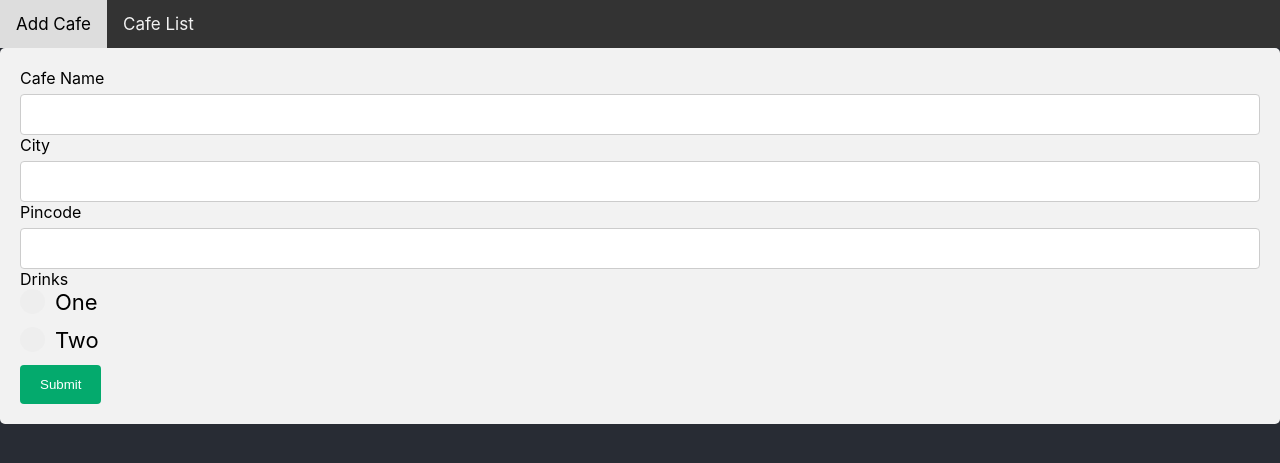
Repository: Surojd/project-cafe
Page: /add-cafe
These files come from the project's save history. The page is drawn as it stood at one moment and after the next save; the edit follows.
The browser window is 1280 px wide. The pictures show the whole page.
The page's requests for data from a server got no answer. The project was rebuilt for these pictures with package versions that can differ from the ones it lists, and the page was loaded fresh each time. No one was signed in, and anything a server would have sent is missing. Also part of the build but not shown: src/cafe/CafeList.js.

Above is the page before, as saved 2021-09-01 13:54:32.

### src/index.js
import React from 'react';
import ReactDOM from 'react-dom';
import './index.css';
import App from './App';
import reportWebVitals from './reportWebVitals';

import { BrowserRouter as Router } from 'react-router-dom';
ReactDOM.render(
  <React.StrictMode>
    <Router>
      <App />
    </Router>
  </React.StrictMode>,
  document.getElementById('root')
);

// If you want to start measuring performance in your app, pass a function
// to log results (for example: reportWebVitals(console.log))
// or send to an analytics endpoint. Learn more: https://bit.ly/CRA-vitals
reportWebVitals();

### src/index.css
body {
  background-color: #282c34;
  margin: 0;
  font-family: -apple-system, BlinkMacSystemFont, 'Segoe UI', 'Roboto', 'Oxygen',
    'Ubuntu', 'Cantarell', 'Fira Sans', 'Droid Sans', 'Helvetica Neue',
    sans-serif;
  -webkit-font-smoothing: antialiased;
  -moz-osx-font-smoothing: grayscale;
}

code {
  font-family: source-code-pro, Menlo, Monaco, Consolas, 'Courier New',
    monospace;
}

a{
  text-decoration: none;
}

### src/App.js
import { Link, Redirect, Route, Switch } from 'react-router-dom';
import './App.css';
import { AddCafe, CafeList } from './cafe';

const routes = [
  { path: '/add-cafe', component: AddCafe },
  { path: '/cafes', component: CafeList },
];
function App() {
  return (
    <div className="App">
      <header className="topnav">
        <Link to="/add-cafe">Add Cafe</Link>
        <Link to="/cafes">Cafe List</Link>
      </header>
      <div class="container">
        <Switch>
          <div>
            {
              routes.map(item => {
                return <Route  {...item} />
              })
            }
          </div>
        </Switch>
      </div>
    </div>
  );
}

export default App;

### src/App.css
/* Add a black background color to the top navigation */
.topnav {
  background-color: #333;
  overflow: hidden;
}

/* Style the links inside the navigation bar */
.topnav a {
  float: left;
  display: block;
  color: #f2f2f2;
  text-align: center;
  padding: 14px 16px;
  text-decoration: none;
  font-size: 17px;
}

/* Change the color of links on hover */
.topnav a:hover {
  background-color: #ddd;
  color: black;
}

/* Add an active class to highlight the current page */
.topnav a.active {
  background-color: #04AA6D;
  color: white;
}

/* Hide the link that should open and close the topnav on small screens */
.topnav .icon {
  display: none;
}

* {box-sizing: border-box;}

input[type=text],input[type=number], select, textarea {
  width: 100%;
  padding: 12px;
  border: 1px solid #ccc;
  border-radius: 4px;
  box-sizing: border-box;
  margin-top: 6px;
  resize: vertical;
}

input[type=submit] {
  background-color: #04AA6D;
  color: white;
  padding: 12px 20px;
  border: none;
  border-radius: 4px;
  cursor: pointer;
}

button[type=submit]:hover {
  background-color: #45a049;
}

.container {
  border-radius: 5px;
  background-color: #f2f2f2;
  padding: 20px;
}

/* Chrome, Safari, Edge, Opera */
input::-webkit-outer-spin-button,
input::-webkit-inner-spin-button {
  -webkit-appearance: none;
  margin: 0;
}

/* Firefox */
input[type=number] {
  -moz-appearance: textfield;
}


.radio-label{
  display: block;
  position: relative;
  padding-left: 35px;
  margin-bottom: 12px;
  cursor: pointer;
  font-size: 22px;
  -webkit-user-select: none;
  -moz-user-select: none;
  -ms-user-select: none;
  user-select: none;
}



/* Hide the browser's default radio button */
.radio-label input[type=radio] {
  position: absolute;
  opacity: 0;
  cursor: pointer;
}

/* Create a custom radio button */
.checkmark {
  position: absolute;
  top: 0;
  left: 0;
  height: 25px;
  width: 25px;
  background-color: #eee;
  border-radius: 50%;
}

/* On mouse-over, add a grey background color */
.radio-label:hover input[type=radio] ~ .checkmark {
  background-color: #ccc;
}

/* When the radio button is checked, add a blue background */
.radio-label input[type=radio]:checked ~ .checkmark {
  background-color: #2196F3;
}

/* Create the indicator (the dot/circle - hidden when not checked) */
.checkmark:after {
  content: "";
  position: absolute;
  display: none;
}

/* Show the indicator (dot/circle) when checked */
.radio-label input[type=radio]:checked ~ .checkmark:after {
  display: block;
}

/* Style the indicator (dot/circle) */
.radio-label .checkmark:after {
 	top: 9px;
	left: 9px;
	width: 8px;
	height: 8px;
	border-radius: 50%;
	background: white;
}

.error{
    color: red;
    padding: 0px;
    margin: 0px;
}

### src/cafe/index.js

export { default as AddCafe } from './AddCafe';
export { default as CafeList } from './CafeList';

### src/cafe/AddCafe.js
import React from 'react';
import { collection, addDoc } from "firebase/firestore";
import firestore from './firebase';

import { useFormik } from 'formik';
import * as Yup from 'yup';

export default function AddCafe() {

  const formik = useFormik({
    initialValues: {
      name: '',
      city: '',
      pincode: '',
      drinks: ''
    },
    validationSchema: Yup.object({
      name: Yup.string()
        .max(15, 'Must be 15 characters or less')
        .required('Required'),
      city: Yup.string()
        .max(20, 'Must be 20 characters or less')
        .required('Required'),
      pincode: Yup.number().required('Required'),
      drinks: Yup.string().required('Required'),
    }),
    onSubmit: async (data, { resetForm }) => {
      try {
        const docRef = await addDoc(collection(firestore, "cafes"), data);
        alert("Document written with ID: " + docRef.id);
        resetForm()
      } catch (e) {
        alert("Error adding document: " + e);
      }
    },
  });

  return (
    <form onSubmit={formik.handleSubmit}>
      <label htmlFor="name">Cafe Name</label>
      <input
        id="name"
        type='text'
        {...formik.getFieldProps('name')}
      />
      {formik.touched.name && formik.errors.name ? (
        <div className="error">{formik.errors.name}</div>
      ) : null}

      <label htmlFor="city">City</label>
      <input
        id="city"
        type='text'
        {...formik.getFieldProps('city')}
      />
      {formik.touched.city && formik.errors.city ? (
        <div className="error">{formik.errors.city}</div>
      ) : null}

      <label htmlFor="pincode">Pincode</label>
      <input
        id="pincode"
        type='number'
        {...formik.getFieldProps('pincode')}
      />
      {formik.touched.pincode && formik.errors.pincode ? (
        <div className="error">{formik.errors.pincode}</div>
      ) : null}
      <label>Drinks</label>
      <label class="radio-label">One
        <input
          type='radio'
          {...formik.getFieldProps('drinks')}
          value="5 Drinks"
        />
        <span class="checkmark"></span>
      </label>
      <label class="radio-label">Two<input
        type='radio'
        {...formik.getFieldProps('drinks')}
        value="5+ Drinks"
      />
        <span class="checkmark"></span>
      </label>
      {formik.touched.drinks && formik.errors.drinks ? (
        <div className="error">{formik.errors.drinks}</div>
      ) : null}
      <input type="submit" value="Submit" />
    </form>);
}

### src/cafe/firebase.js
import { initializeApp } from 'firebase/app'
import { enableIndexedDbPersistence, initializeFirestore, CACHE_SIZE_UNLIMITED } from 'firebase/firestore'
import { getAnalytics } from "firebase/analytics";


const firebaseApp = initializeApp({
  apiKey: "AIzaSyBF1CMLc0WfG_majkcPFVm9eU-DCqGW9BM",
  authDomain: "project-cafe-d8aca.firebaseapp.com",
  projectId: "project-cafe-d8aca",
  storageBucket: "project-cafe-d8aca.appspot.com",
  messagingSenderId: "531282317018",
  appId: "1:531282317018:web:25d8fc0f088be0c68d5fe3",
  measurementId: "G-GNS7C6HN2Y"
});
const firestore = initializeFirestore(firebaseApp, {
  cacheSizeBytes: CACHE_SIZE_UNLIMITED
});

enableIndexedDbPersistence(firestore)
  .catch((err) => {
    if (err.code === 'failed-precondition') {
      console.log('Multiple tabs open, persistence can only be enabled in one tab at a a time.');
    } else if (err.code === 'unimplemented') {
      console.log('The current browser does not support all of the features required to enable persistence.');
    }
  });
export default firestore;
const analytics = getAnalytics(firebaseApp);

Loaded but not shown: public/index.html (common file); src/reportWebVitals.js (common file)

After the next save:
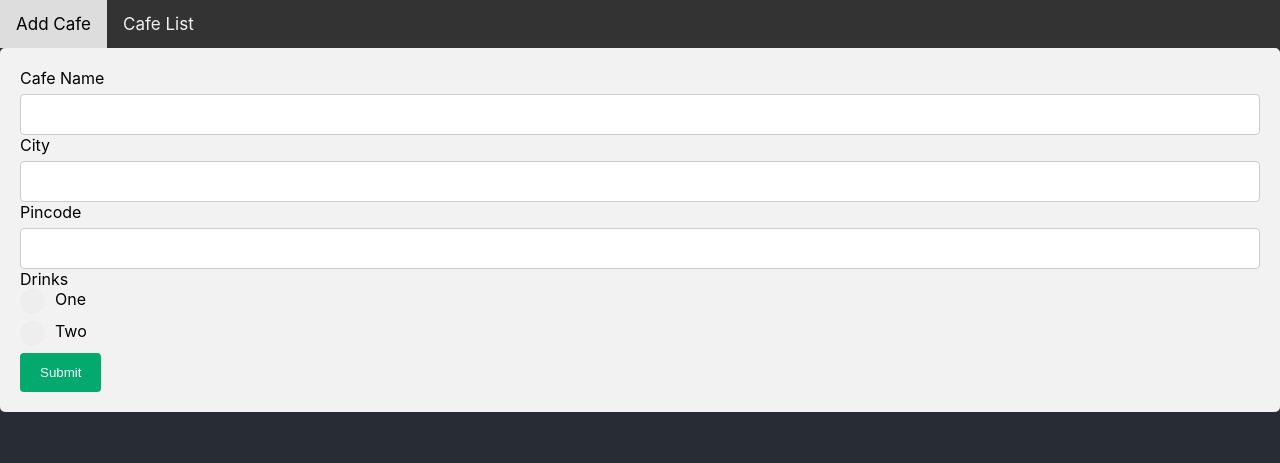
Saved 37 s later.
--- a/src/App.css
+++ b/src/App.css
@@ -82,7 +82,6 @@ input[type=number] {
   padding-left: 35px;
   margin-bottom: 12px;
   cursor: pointer;
-  font-size: 22px;
   -webkit-user-select: none;
   -moz-user-select: none;
   -ms-user-select: none;
